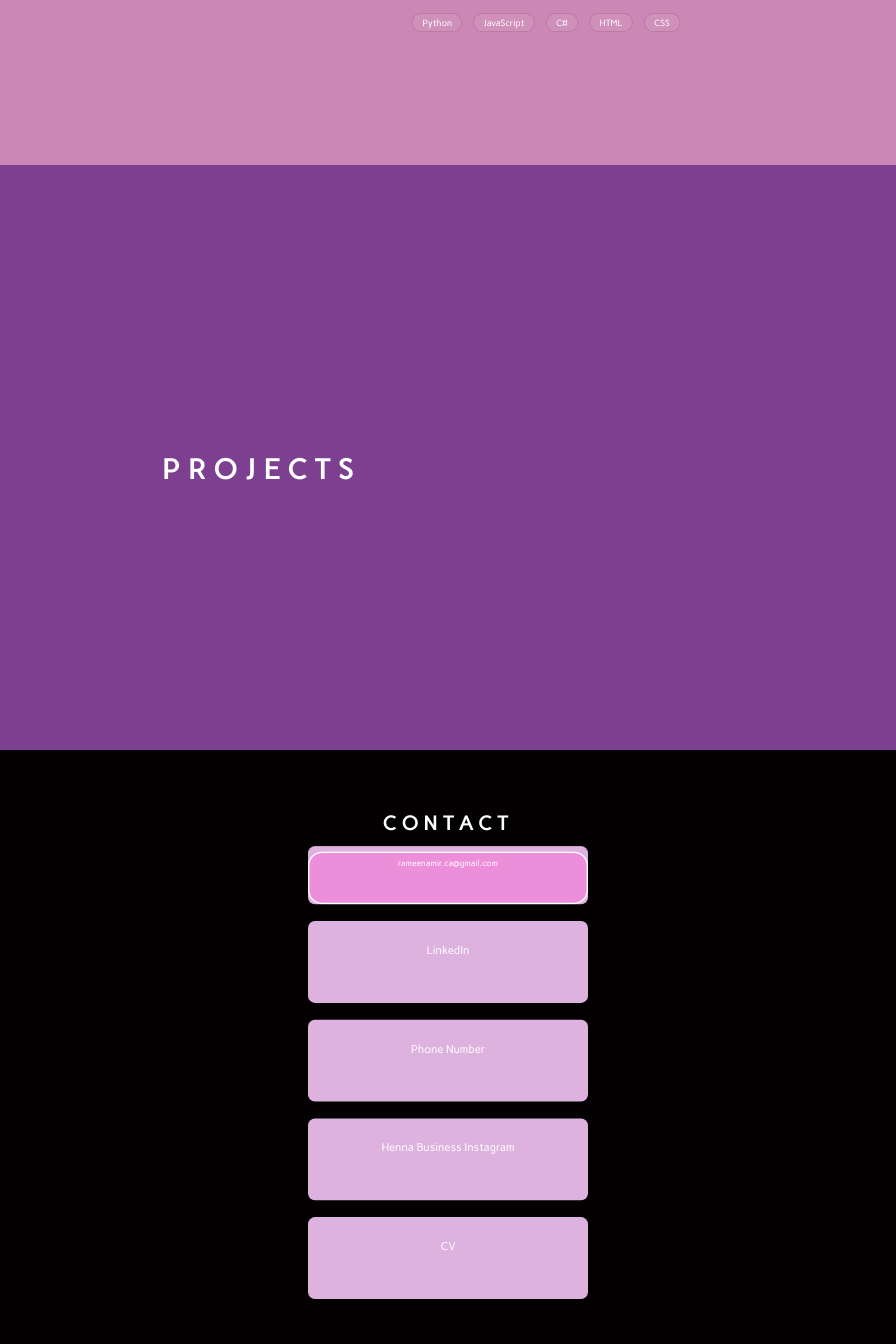
Repository: Rameen-A/Rameen-A
Page: index.html
The author's editor kept a copy of each file at every save. The page is drawn from the files as they stood at one save, then again after the next save.
The browser window is 1280 px wide. The pictures show the part of the page from y = 1244 to 3164 px (the page is 3164 px tall), at 70% of full size.
The pointer rests on the first visible `.contact-card`.

Above is the page before, as saved 2026-05-05 15:08:04.

After the next save:
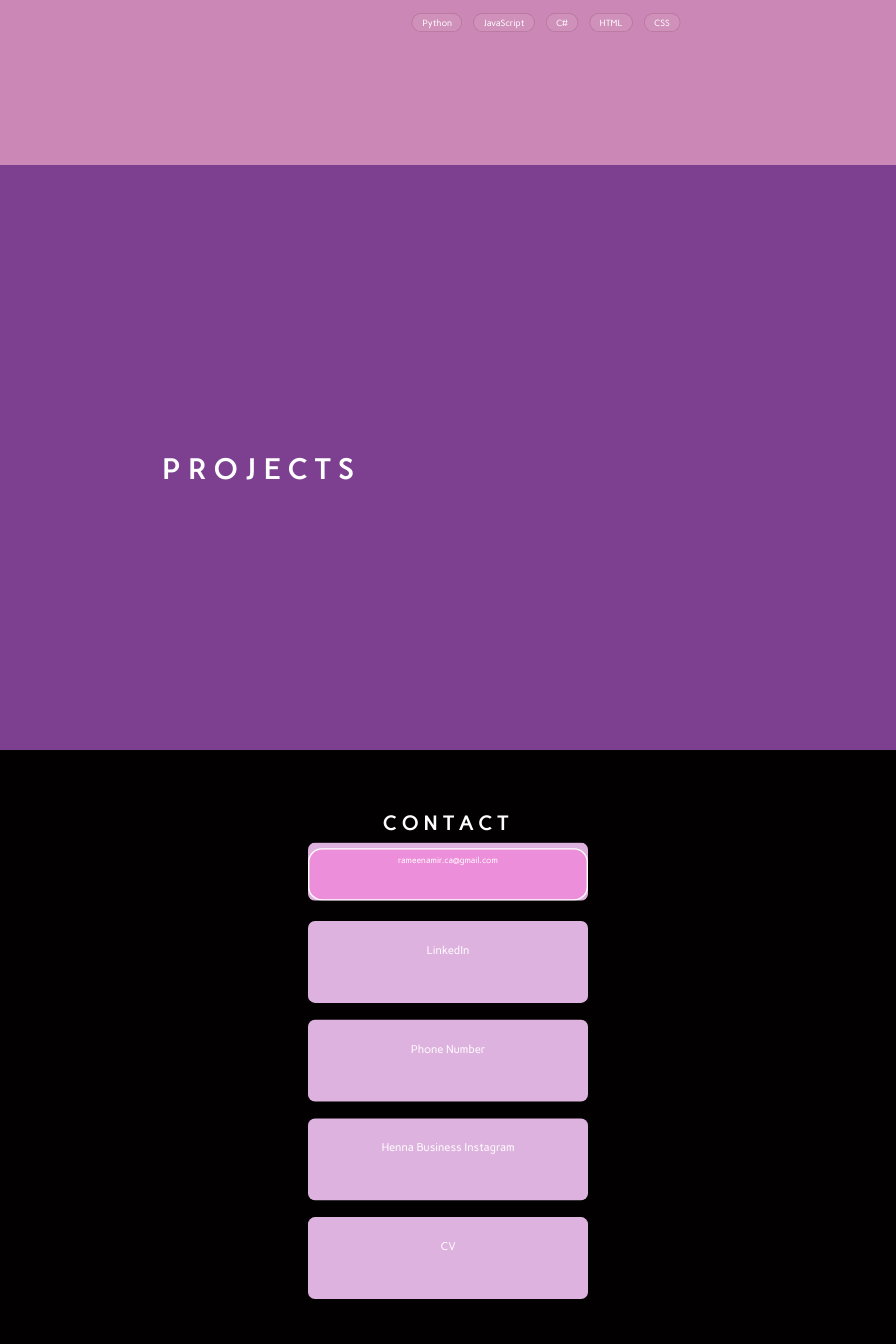
Saved 15 s later.
--- a/styles/index.css
+++ b/styles/index.css
@@ -245,6 +245,10 @@ section:hover article {
   opacity: 0;
   transition: opacity 0.3s ease;
 }
+.contact-card:hover {
+  transform: translateY(-5px);
+  transition: transform 0.3s ease;
+}
 .contact-card a {
   opacity: 0;
   transition: opacity 0.3s ease;
